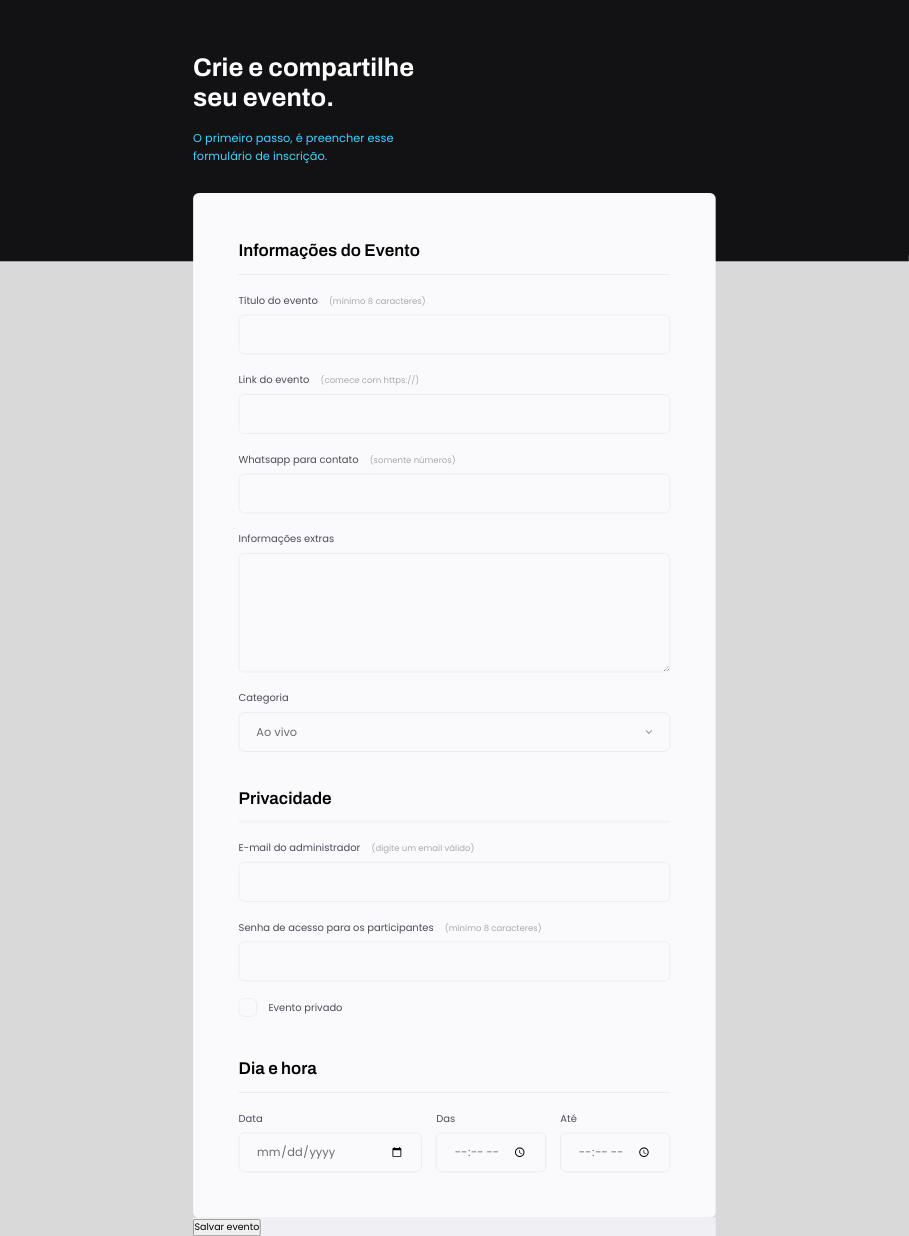
Repository: devMuriloOliveira/Formulario
Page: index.html
These files come from the project's save history. The page is drawn as it stood at one moment and after the next save; the edit follows.
The browser window is 1280 px wide. The pictures show the whole page, at 71% of full size.

Above is the page before, as saved 2023-11-03 19:28:46.

After the next save:
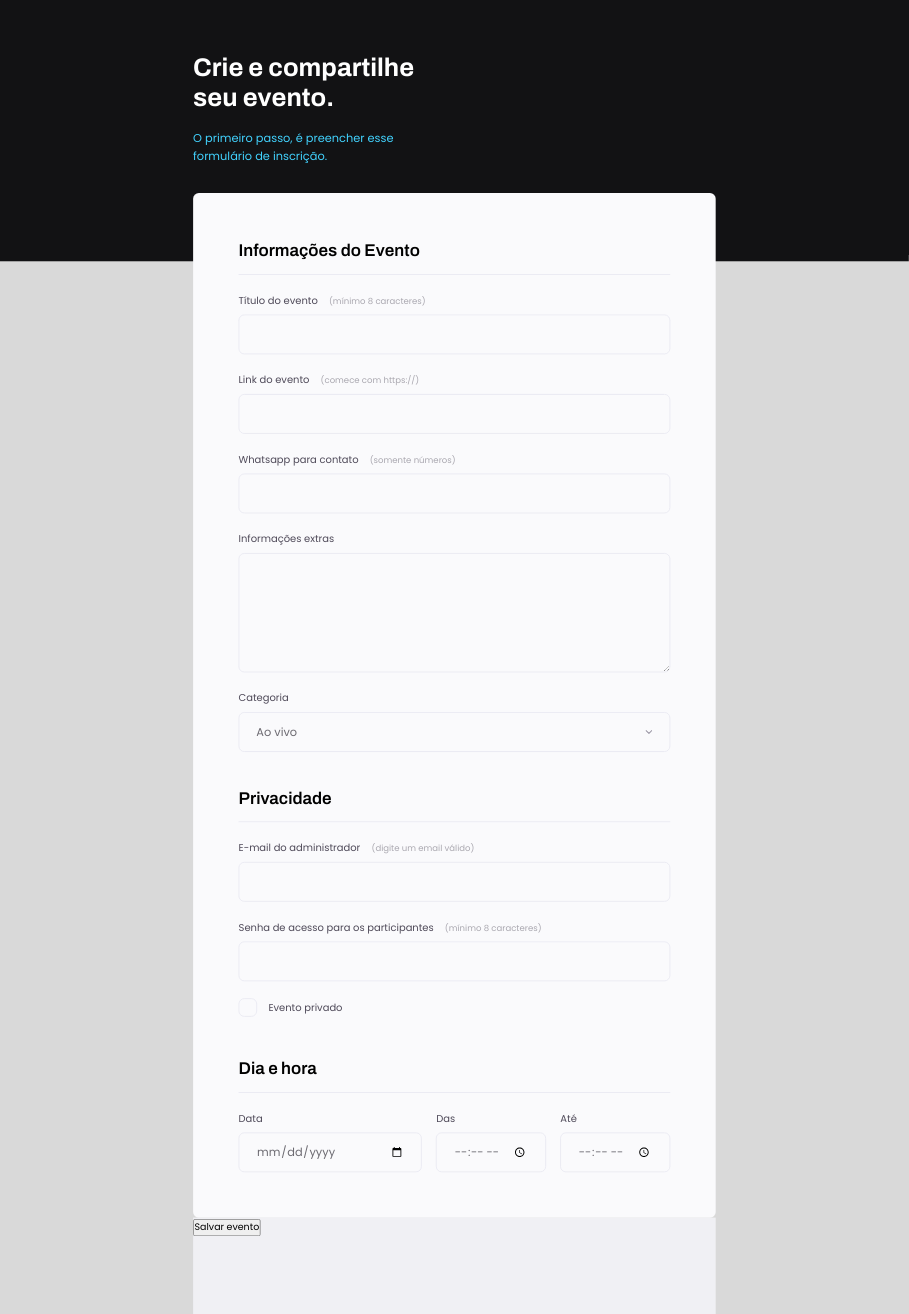
Saved 34 s later.
--- a/style.css
+++ b/style.css
@@ -195,4 +195,5 @@ fieldset legend{
 
 footer{
   background-color: #F0F0F4;
+  height: 136px;
 }
